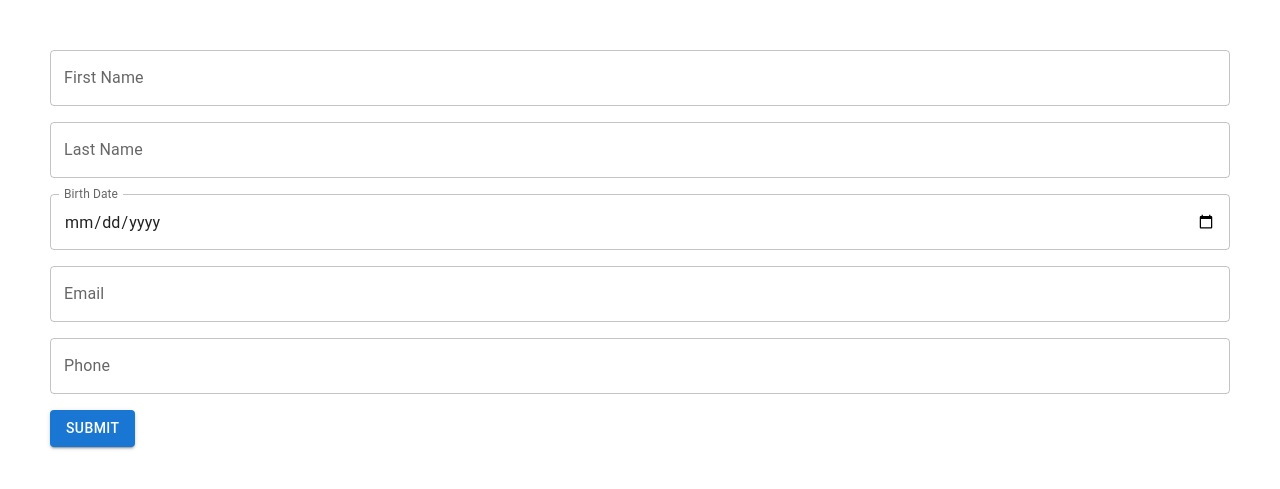
Repository: lenx0/front-client-manager
Page: /
An editor plug-in stored every save of this project. The page is shown before and after the next save, followed by the edit.
The browser window is 1280 px wide. The pictures show the whole page.
The project was rebuilt for these pictures with package versions that can differ from the ones it lists, and the page was loaded fresh each time. Also part of the build but not shown: vite.config.js, src/App.css.

Above is the page before, as saved 2024-06-24 23:17:39.

### index.html
<!doctype html>
<html lang="en">
  <head>
    <meta charset="UTF-8" />
    <meta name="viewport" content="width=device-width, initial-scale=1.0" />
    <title>Client Manager</title>
  </head>
  <body>
    <div id="root"></div>
    <script type="module" src="/src/main.jsx"></script>
  </body>
</html>

### src/App.jsx
import { Box } from '@mui/material'
import './App.css'
import UserForm from './components/UserForm'

function App() {

  return (
    <Box sx={{ padding: '50px' }}>
      <UserForm />
    </Box>
  )
}

export default App

### src/components/UserForm.jsx
import React from 'react';
import { useForm } from 'react-hook-form';
import CustomInput from './CustomInput';
import { Button, Grid } from '@mui/material';
import axios from 'axios';

const UserForm = () => {
  const { handleSubmit, control, reset } = useForm();

  const onSubmit = async (data) => {
    try {
      const response = await axios.post('http://localhost:3100/v1/users/create', data);
      console.log('Dados enviados com sucesso:', response.data);
      reset();
    } catch (error) {
      console.error('Erro ao enviar dados:', error);
    }
  };

  return (
    <form onSubmit={handleSubmit(onSubmit)}>
      <Grid container spacing={2}>
        <Grid item xs={12}>
          <CustomInput
            name="firstName"
            control={control}
            label="First Name"
            rules={{ required: 'First name is required' }}
          />
        </Grid>
        <Grid item xs={12}>
          <CustomInput
            name="lastName"
            control={control}
            label="Last Name"
            rules={{ required: 'Last name is required' }}
          />
        </Grid>
        <Grid item xs={12}>
          <CustomInput
            name="birthDate"
            control={control}
            label="Birth Date"
            placeHolder="none"
            type="date"
            rules={{ required: 'Birth date is required' }}
            defaultValue=""
          />
        </Grid>
        <Grid item xs={12}>
          <CustomInput
            name="email"
            control={control}
            label="Email"
            type="email"
            rules={{
              required: 'Email is required',
              pattern: {
                value: /^[a-zA-Z0-9_.+-]+@[a-zA-Z0-9-]+\.[a-zA-Z0-9-.]+$/,
                message: 'Enter a valid email address',
              },
            }}
          />
        </Grid>
        <Grid item xs={12}>
          <CustomInput
            name="phone"
            control={control}
            label="Phone"
            rules={{ required: 'Phone number is required' }}
          />
        </Grid>
        <Grid item xs={12}>
          <Button type="submit" variant="contained" color="primary">
            Submit
          </Button>
        </Grid>
      </Grid>
    </form>
  );
};

export default UserForm;

### src/components/CustomInput.jsx
import React from 'react';
import { Controller } from 'react-hook-form';
import TextField from '@mui/material/TextField';

const CustomInput = ({ name, control, label, type = 'text', rules, defaultValue = '' }) => {
  return (
    <Controller
      name={name}
      control={control}
      defaultValue={defaultValue}
      rules={rules}
      render={({ field, fieldState: { error } }) => (
        <TextField
          {...field}
          label={label}
          type={type}
          error={!!error}
          helperText={error ? error.message : null}
          variant="outlined"
          InputLabelProps={type === 'date' ? { shrink: true } : {}}
          fullWidth
        />
      )}
    />
  );
};

export default CustomInput;

Loaded but not shown: src/main.jsx (common file); src/index.css (common file)

After the next save:
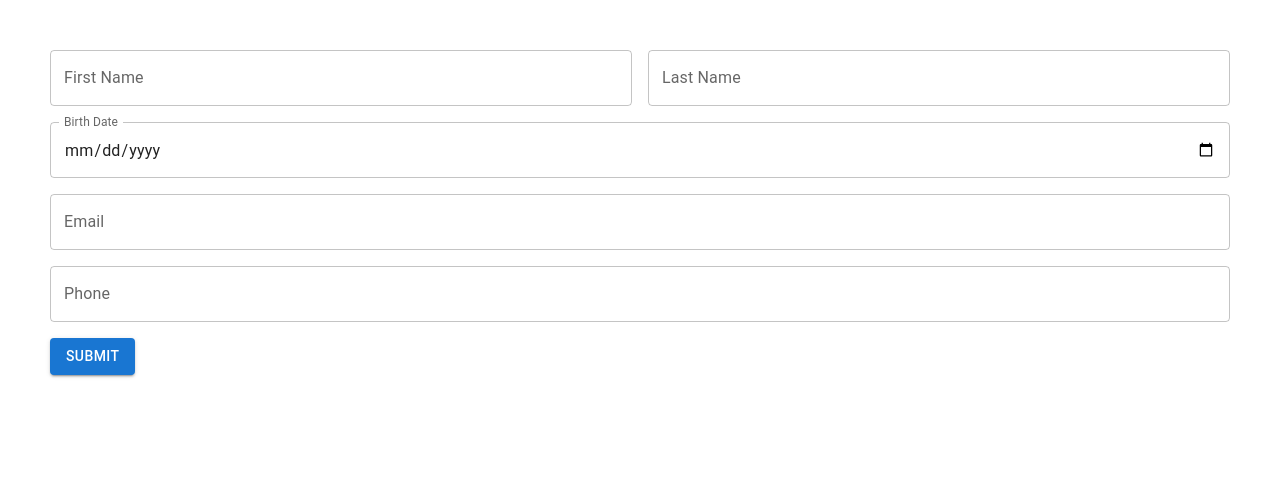
Saved 55 s later.
--- a/src/components/UserForm.jsx
+++ b/src/components/UserForm.jsx
@@ -20,7 +20,7 @@ const UserForm = () => {
   return (
     <form onSubmit={handleSubmit(onSubmit)}>
       <Grid container spacing={2}>
-        <Grid item xs={12}>
+        <Grid item xs={6}>
           <CustomInput
             name="firstName"
             control={control}
@@ -28,7 +28,7 @@ const UserForm = () => {
             rules={{ required: 'First name is required' }}
           />
         </Grid>
-        <Grid item xs={12}>
+        <Grid item xs={6}>
           <CustomInput
             name="lastName"
             control={control}
